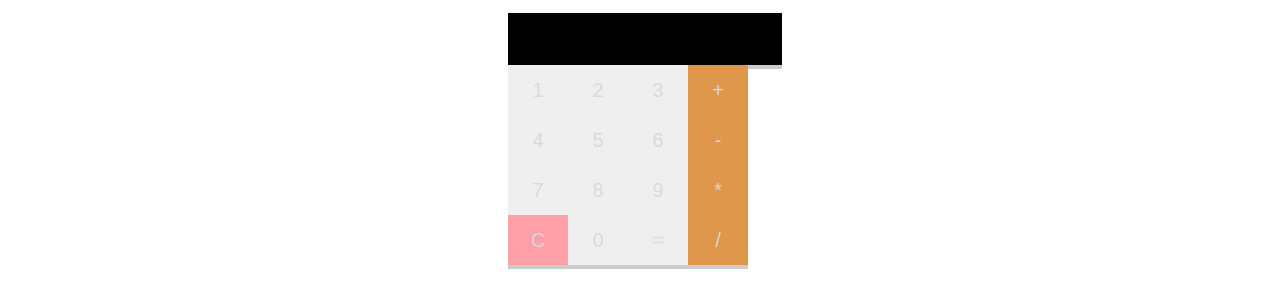
Repository: Drumstrum88/LAB-calculator
Page: index.html
These files come from the project's save history. The page is drawn as it stood at one moment and after the next save; the edit follows.
The browser window is 1280 px wide. The pictures show the whole page.

Above is the page before, as saved 2023-04-15 21:02:08.

After the next save:
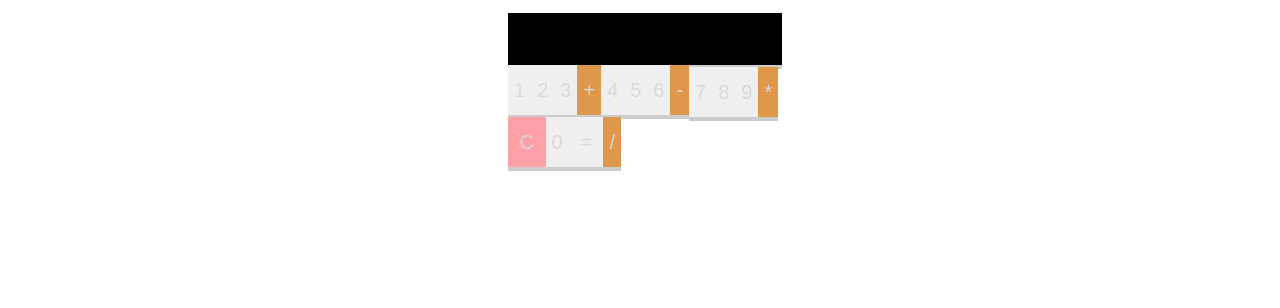
Saved 2 min 54 s later.
--- a/main.css
+++ b/main.css
@@ -35,7 +35,7 @@ input{
   border: 0;
   color:#d8d9db ;
   background-color: 4px;
-  width: 60px;
+  width: px;
   height: 50px;
   float: left;
   /*margin: 5px;*/
